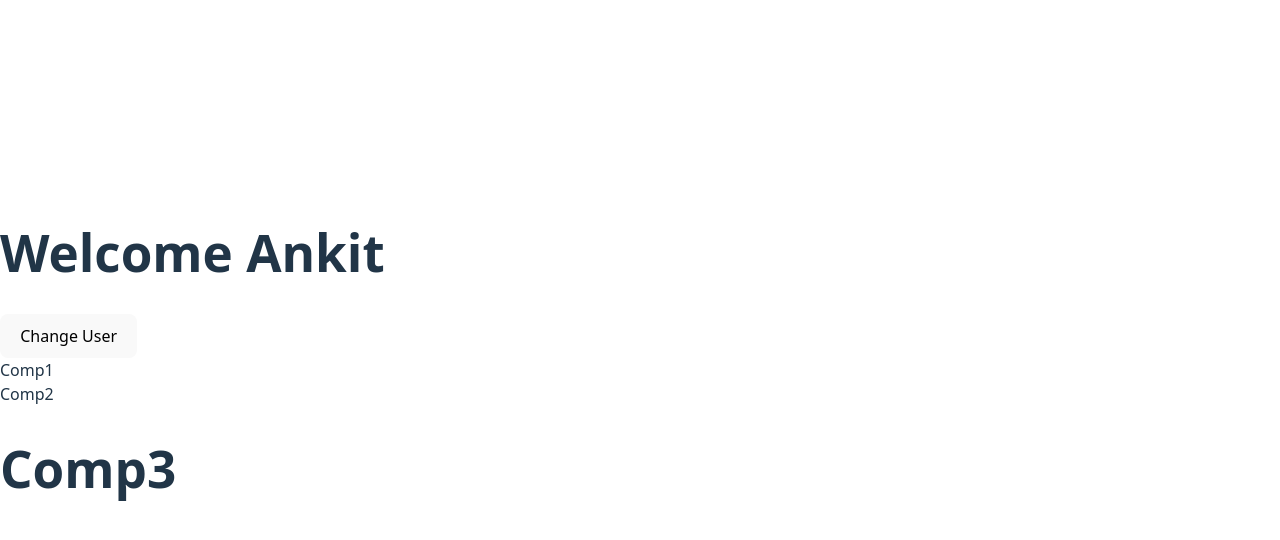
Repository: ankitgujre01/myAppContext2
Page: /
An editor plug-in stored every save of this project. The page is shown before and after the next save, followed by the edit.
The browser window is 1280 px wide. The pictures show the whole page.
The project was rebuilt for these pictures with package versions that can differ from the ones it lists, and the page was loaded fresh each time. Also part of the build but not shown: vite.config.js.

Above is the page before, as saved 2025-04-16 17:40:16.

After the next save:
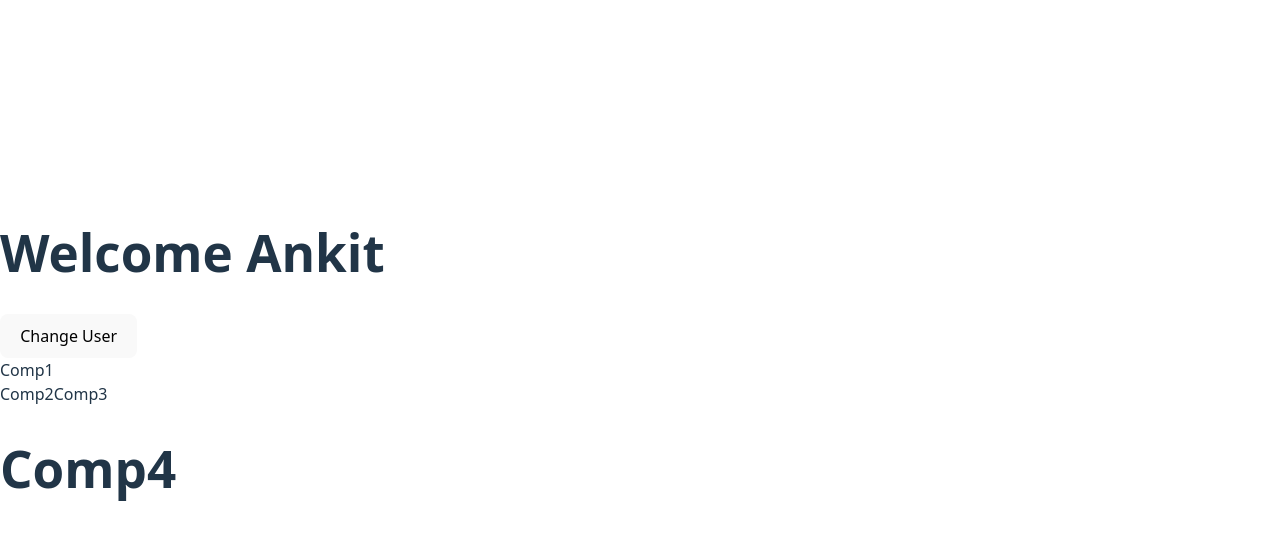
Saved 16 s later.
--- a/src/Comp3.jsx
+++ b/src/Comp3.jsx
@@ -1,10 +1,11 @@
 import React from 'react'
+import Comp4 from './Comp4';
 
-const Comp3 = () => {
+const Comp3 = ({user}) => {
   return (
-      // <div>Comp3</div>
       <>
-      <h1>Comp3</h1>
+          Comp3
+          <Comp4 user={user}/>
       </>
   )
 }
